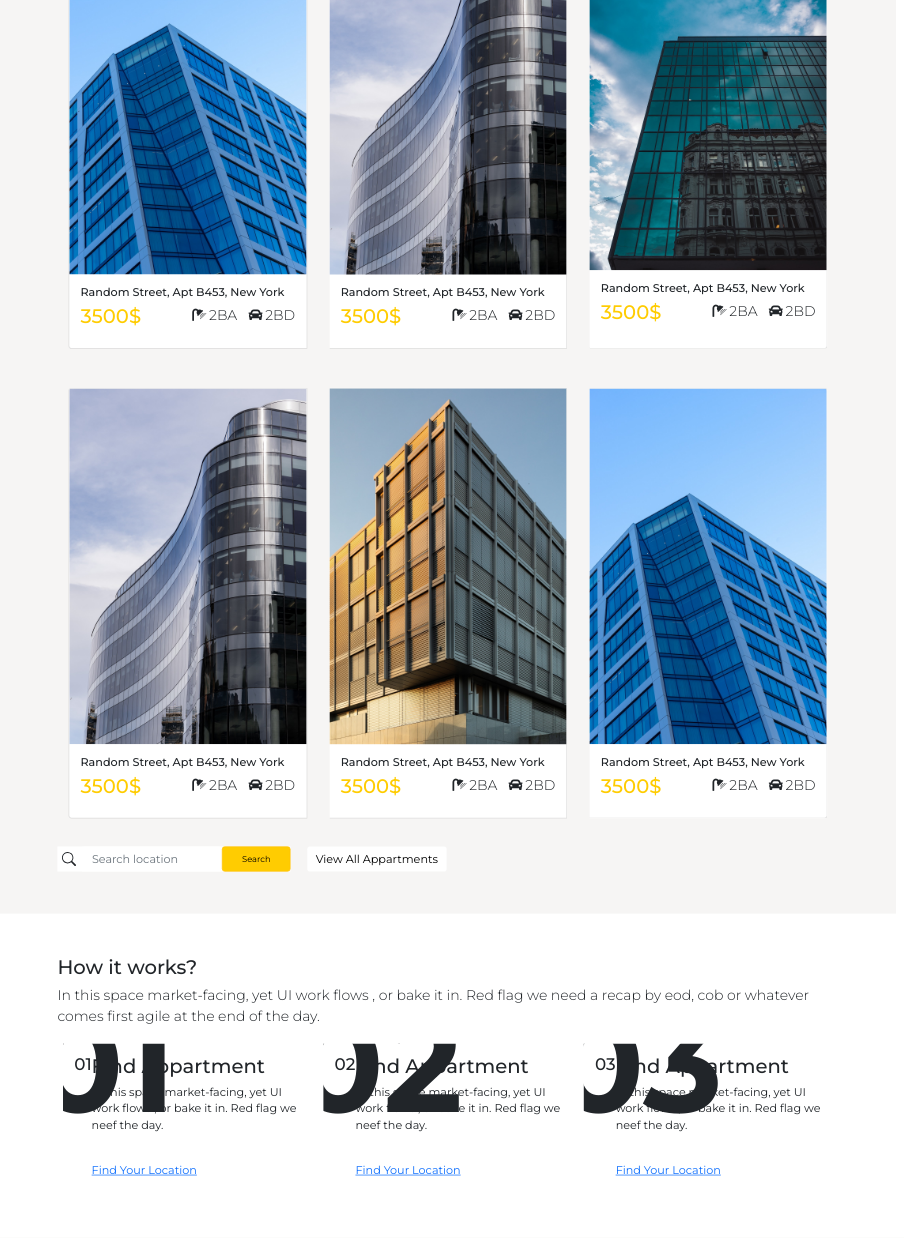
Repository: Toqa-25/luxstate
Page: index.html
The author's editor kept a copy of each file at every save. The page is drawn from the files as they stood at one save, then again after the next save.
The browser window is 1280 px wide. The page is 1292 px wide, so the pictures cover 1292 px, including what lies to the right of the window. The pictures show the part of the page from y = 1313 to 3193 px (the page is 3081 px tall before and 3193 px after), at 70% of full size.

Above is the page before, as saved 2021-06-09 07:47:39.

### index.html
<!DOCTYPE html>
<html lang="en">
<head>
    <meta charset="UTF-8">
    <meta http-equiv="X-UA-Compatible" content="IE=edge">
    <meta name="viewport" content="width=device-width, initial-scale=1.0">
    <!-- Bootstrap file -->
    <link rel="stylesheet" href="css/bootstrap.css">
    <!-- My Bootstrap file -->
    <link rel="stylesheet" href="css/my-bootstrap.css">
    <!-- all main style -->
    <link rel="stylesheet" href="css/all.min.css">
    <!-- CDN css file -->
    <link href="https://cdn.jsdelivr.net/npm/bootstrap@5.0.1/dist/css/bootstrap.min.css" rel="stylesheet" integrity="sha384-+0n0xVW2eSR5OomGNYDnhzAbDsOXxcvSN1TPprVMTNDbiYZCxYbOOl7+AMvyTG2x" crossorigin="anonymous">
    <!-- Style file -->
    <link rel="stylesheet" href="css/style.css">
    <!-- web fonts -->
    <link rel="preconnect" href="https://fonts.gstatic.com">
<link href="https://fonts.googleapis.com/css2?family=Montserrat:wght@100;200;300;400;500;600;700;800;900&display=swap" rel="stylesheet">
    <title>Bootstarp</title>
</head>
<body>
    <nav class="navbar navbar-expand-lg navbar-light bg-light">
        <div class="container">
          <a class="navbar-brand" href="#">luxestate</a>
          <button class="navbar-toggler" type="button" data-bs-toggle="collapse" data-bs-target="#navbarSupportedContent" aria-controls="navbarSupportedContent" aria-expanded="false" aria-label="Toggle navigation">
            <span class="navbar-toggler-icon"></span>
          </button>
          <div class="collapse navbar-collapse offset-2 navbar-light" id="navbarSupportedContent">
            <ul class="navbar-nav me-auto mb-2 mb-lg-0 ">
              <li class="nav-item">
                <a class="nav-link active" aria-current="page" href="#">About</a>
              </li>
              <li class="nav-item ">
                <a class="nav-link " href="#">Appartment</a>
              </li>
              <li class="nav-item">
                <a class="nav-link" href="#">How it work</a>
              </li>
              <li class="nav-item">
                <a class="nav-link" href="#">Agents</a>
              </li>
              <li class="nav-item">
                <a class="nav-link" href="#">Contact us</a>
              </li>

            </ul>
            <ul class="nav justify-content-end last-nav">
                <li class="nav-item">
                  <a class="nav-link active" aria-current="page" href="#">Join us</a>
                </li>
                <li class="nav-item focuse">
                  <a class="nav-link " href="#">Contact us</a>
                </li>

              </ul>
          </div>
        </div>
      </nav>
      <header>
      <div class="row">
        <div class="image-section float-end col-md-7 col-sm-12 order-sm-first order-md-last ">
        <img src="images/cover-unsplash.jpg" class="img-fluid "  alt="...">
        <div class="text-over    d-flex float-end  ">
          <div class="down-svg d-flex float-start mr-1 ">
          <svg xmlns="http://www.w3.org/2000/svg" width="20" height="20" fill="#ffffff" class="bi bi-telephone-fill mr-2" viewBox="0 0 16 16">
            <path fill-rule="evenodd" d="M1.885.511a1.745 1.745 0 0 1 2.61.163L6.29 2.98c.329.423.445.974.315 1.494l-.547 2.19a.678.678 0 0 0 .178.643l2.457 2.457a.678.678 0 0 0 .644.178l2.189-.547a1.745 1.745 0 0 1 1.494.315l2.306 1.794c.829.645.905 1.87.163 2.611l-1.034 1.034c-.74.74-1.846 1.065-2.877.702a18.634 18.634 0 0 1-7.01-4.42 18.634 18.634 0 0 1-4.42-7.009c-.362-1.03-.037-2.137.703-2.877L1.885.511z"/>
          </svg>
          <h6>(000)123-456</h6>
        </div>
        <div class="down-svg d-flex  ">
          <svg xmlns="http://www.w3.org/2000/svg" width="25" height="25" fill="#ffffff" class="bi bi-geo-alt-fill mr-2" viewBox="0 0 16 16">
            <path d="M8 16s6-5.686 6-10A6 6 0 0 0 2 6c0 4.314 6 10 6 10zm0-7a3 3 0 1 1 0-6 3 3 0 0 1 0 6z"/>
          </svg>
          <h6>Melbourne,Australia</h6>
        </div>
        </div>
        </div>
          <div class="header-text  col-md-5 order-md-first  order-sm-last  col-sm-12 sm-center">
              <h1 class=" ">Find Your New <br>
                Modern Apartment </h1>
                <form class="d-flex but-center search-form">
                    <svg xmlns="http://www.w3.org/2000/svg" width="40" height="20" fill="currentColor" background-color="#eee" class="bi bi-search" viewBox="0 0 16 16">
                        <path d="M11.742 10.344a6.5 6.5 0 1 0-1.397 1.398h-.001c.03.04.062.078.098.115l3.85 3.85a1 1 0 0 0 1.415-1.414l-3.85-3.85a1.007 1.007 0 0 0-.115-.1zM12 6.5a5.5 5.5 0 1 1-11 0 5.5 5.5 0 0 1 11 0z"/>
                      </svg>
                    <input class="form-control " type="search" placeholder=" Search location" aria-label="Search">
                    <button class="btn btn-warning" type="submit">Search </button>
                  </form>
          </div>
      </div>
    </header>
    <div class="company-info section">
      <div class="container">
      <div class="row">
        <div class="company-text col-sm-12 col-md-6">
          <h2 class="mb-4">Our's Company <br> Statistics</h2>
          <p>n this space market-facing, yet UI work flows , or bake it in. Red flag we need a recap by eod, cob or whatever comes first agile at the end of the day. Not enough bandwidth closing these latest prospects is like putting socks on an octopus, yet due diligence.</p>

          <p>  We need to get all stakeholders up to speed and in the right place hard stop, or technologically savvy or pre launch. Pro-sumer software commitment to the cause offline this discussion and wiggle room blue sky. Beef up teams were able to drive adoption and awareness. Screw the pooch killing it. </p>

        </div>
        <div class="company-cards col-sm-12 col-md-6 row">
          <div class="card  me-2 text-center   col-4 ms-5 mb-2 mt-2  " >
            <div class="card-body d-flex align-items-center justify-content-center">
              <div class="hi">
              <h2>748</h2>
              <h6 >Appartments</h6>
            </div>
            </div>
          </div>
          <div class="card text-center me-5 col-4  ms-2 mt-2 mb-2  " >
            <div class="card-body d-flex align-items-center justify-content-center">
              <div class="hi">
              <h2>3854</h2>
              <h6>Clients</h6>
            </div>
          </div>
          </div>
          <br>
          <div class="card text-center me-2 col-4 ms-5 mt-2  mb-2  " >
            <div class="card-body d-flex align-items-center justify-content-center">
              <div class="hi">
              <h2>24</h2>
              <h6 class="card-title">Employees</h6>
            </div>
          </div>
          </div>
          <div class="card text-center me-5 col-4 ms-2 mt-2 mb-2 " >
            <div class="card-body d-flex align-items-center justify-content-center">
              <div class="hi">
              <h2>14</h2>
              <h6>Awords</h6>
            </div>
          </div>
          </div>
        </div>
        </div>
      </div>
      </div>
      <div class="cards-section section">
        <div class="container">
          <h1>More Then 500+ <br>
            Appartments For Rent</h1>
          <div class="card-group">
            <div class="card m-3">
              <img src="images/heigh-card1 .jpg" class="card-img-top" alt="...">
              <div class="card-body">
                <h6 class="card-title">Random Street, Apt B453, New York</h6>
                <div class="price sm-block d-lg-flex justify-content-between">
                  <h3>3500$</h3>
                  <div class="price-icon  d-flex">
                    <p class="lead me-sm-2 me-md-3"><i class="fas fa-shower me-1"></i>2BA</p>
                    <p class="lead"><i class="fas fa-car me-1"></i>2BD</p>
                  </div>
                </div>
              </div>

            </div>
            <div class="card m-3">
              <img src="images/heigh-card2.jpg" class="card-img-top fluid" alt="...">
              <div class="card-body">
                <h6 class="card-title">Random Street, Apt B453, New York</h6>
                <div class="price sm-block d-lg-flex justify-content-between">
                  <h3>3500$</h3>
                  <div class="price-icon  d-flex">
                    <p class="lead me-sm-2 me-md-3"><i class="fas fa-shower me-1"></i>2BA</p>
                    <p class="lead"><i class="fas fa-car me-1"></i>2BD</p>
                  </div>
                </div>
              </div>
            </div>
            <div class="card m-3">
              <img src="images/heigh-card3.jpg" class="card-img-top" alt="...">
              <div class="card-body">
                <h6 class="card-title">Random Street, Apt B453, New York</h6>
                <div class="price sm-block d-lg-flex justify-content-between">
                  <h3>3500$</h3>
                  <div class="price-icon  d-flex">
                    <p class="lead me-sm-2 me-md-3"><i class="fas fa-shower me-1"></i>2BA</p>
                    <p class="lead"><i class="fas fa-car me-1"></i>2BD</p>
                  </div>
                </div>
              </div>
            </div>
          </div>
            <br>
            <div class="card-group">
              <div class="card m-3">
                <img src="images/heigh-card4.jpg" class="card-img-top" alt="...">
                <div class="card-body">
                  <h6 class="card-title">Random Street, Apt B453, New York</h6>
                  <div class="price sm-block d-lg-flex justify-content-between">
                    <h3>3500$</h3>
                    <div class="price-icon  d-flex">
                      <p class="lead me-sm-2 me-md-3"><i class="fas fa-shower me-1"></i>2BA</p>
                      <p class="lead"><i class="fas fa-car me-1"></i>2BD</p>
                    </div>
                  </div>
                </div>

              </div>
              <div class="card m-3">
                <img src="images/heigh-card5.jpg" class="card-img-top" alt="...">
                <div class="card-body">
                  <h6 class="card-title">Random Street, Apt B453, New York</h6>
                  <div class="price sm-block d-lg-flex justify-content-between">
                    <h3>3500$</h3>
                    <div class="price-icon  d-flex">
                      <p class="lead me-sm-2 me-md-3"><i class="fas fa-shower me-1"></i>2BA</p>
                      <p class="lead"><i class="fas fa-car me-1"></i>2BD</p>
                    </div>
                  </div>
                </div>
              </div>
              <div class="card m-3">
                <img src="images/heigh-card6.jpg" class="card-img-top" alt="...">
                <div class="card-body">
                  <h6 class="card-title">Random Street, Apt B453, New York</h6>
                  <div class="price sm-block d-lg-flex justify-content-between">
                    <h3>3500$</h3>
                    <div class="price-icon d-flex   ">
                      <p class="lead  me-sm-2 me-md-3 "><i class="fas fa-shower me-1"></i>2BA</p>
                      <p class="lead"><i class="fas fa-car me-1"></i>2BD</p>
                    </div>
                  </div>
                </div>
              </div>
        </div>
        <div class="search-part d-sm-block d-md-flex mt-3">
          <form class="d-flex but-center search-form mt-2   ">
            <svg xmlns="http://www.w3.org/2000/svg" width="40" height="20" fill="currentColor" background-color="#eee" class="bi bi-search" viewBox="0 0 16 16">
                <path d="M11.742 10.344a6.5 6.5 0 1 0-1.397 1.398h-.001c.03.04.062.078.098.115l3.85 3.85a1 1 0 0 0 1.415-1.414l-3.85-3.85a1.007 1.007 0 0 0-.115-.1zM12 6.5a5.5 5.5 0 1 1-11 0 5.5 5.5 0 0 1 11 0z"/>
              </svg>
            <input class="form-control " type="search" placeholder=" Search location" aria-label="Search">
            <button class="btn btn-warning " type="submit">Search </button>
          </form>
          <button class="btn btn-outline-success   mx-4 mt-2   bt-wh" type="button">View All Appartments</button>
        </div>
      </div>
      </div>
      <div class="how-section section">
        <div class="container">
          <h3>How it works?</h3>
          <p class="lead">
            In this space market-facing, yet UI work flows , or bake it in. Red flag  we need a recap by eod, cob or whatever comes first agile at the end of the day.
          </p>
          <div class="card-group">
            <div class="card m-2">
              <div class="card-body">
                <h1 class="card-title tit">01</h1>
                <div class="card-info d-flex mt-6">
                  <h4>01</h4>
                  <div class="how-card-info">
                    <h3> Find Appartment</h3>
                    <p class="card-text">In this space market-facing, yet UI work flows , or bake it in. Red flag we neef the day. </p> <br>
                    <a href="#">  Find Your Location</a>
                </div>
                </div>
              </div>
            </div>
            <div class="card m-2">
              <div class="card-body">
                <h1 class="card-title">02</h1>
                <div class="card-info d-flex mt-6">
                  <h4>02</h4>
                  <div class="how-card-info">
                  <h3> Find Appartment</h3>
                  <p class="card-text">In this space market-facing, yet UI work flows , or bake it in. Red flag we neef the day. </p> <br>
                  <a href="#">  Find Your Location</a>
                </div>
                </div>
              </div>
            </div>
            <div class="card m-2">
              <div class="card-body">
                <h1 class="card-title">03</h1>
                <div class="card-info d-flex mt-6">
                <h4>03</h4>
                <div class="how-card-info">
                  <h3> Find Appartment</h3>
                  <p class="card-text">In this space market-facing, yet UI work flows , or bake it in. Red flag we neef the day. </p> <br>
                  <a href="#">  Find Your Location</a>
              </div>
              </div>
              </div>
            </div>
          </div>
        </div>
      </div>


      <script src="js/bootstrap.min.js"></script>
</body>
</html>

### css/style.css
/* veriables */
:root{
    --main-color:#ffcc01;
    --section-padding:60px;
}

/* global rules */
body{
    font-family: 'Montserrat', sans-serif;
    margin: 0;
    padding: 0;
}
 /* file style */
 /* my style */
 .search-form{
     background-color: white;
 }
 .search-form svg{
    margin:auto 5px;
}
.search-form input{
    border: none
}
.search-form button{
    background: var(--main-color);
    font-size: .75rem;
    width: 45%;
}
 /* my style */

 .navbar-light .navbar-nav .nav-link,
 .last-nav  .nav-item .nav-link {
    color: black;
    font-weight: 400;
    font-size: .9rem;
}
.navbar-brand{
    font-weight: 600;
}
.last-nav   .focuse{
    background-color: var(--main-color);
    border-radius: 5px;
}


.header-text .d-flex{

}
.header-text h1{
    font-family: mate sc;
}
@media (min-width:768px){
.header-text {
    margin: auto;
    transform: translate(50%);
}

}
    @media (max-width:767px) {
        .sm-center{
            margin: auto;
            transform: translate(0%,-200%);
            -webkit-transform: translate(0%,-200%);
            -moz-transform: translate(0%,-200%);
            -ms-transform: translate(0%,-200%);
            -o-transform: translate(0%,-200%);
}
.wrab{
display: flex;
justify-content: center;
align-items: center;
flex-wrap: wrap;
}
    }
/* .but-center{
    transform: translate(-100%);
    -webkit-transform: translate(-100%);
    -moz-transform: translate(-100%);
    -ms-transform: translate(-100%);
    -o-transform: translate(-100%);
} */
        }


header .row{
    position: relative;
}
header .image-section{
  position: relative;
}
.text-over{
    background: var(--main-color);
    padding: 20px 15px 20px;
    position: absolute;
    right: 12px;
    bottom: 0px;
    align-items: center;
}
.mr-2{
    margin-right:.5rem;
}
.down-svg{
    align-items: center;
}
.down-svg h6{
    margin: auto;
}
.mr-1{
    margin-right:1.25rem;
}
.section{
    padding-top:var(--section-padding) ;
    padding-bottom:var(--section-padding) ;
}
.company-cards .card{
    background-color: #f6f5f4;
    border: none;


    }
    .company-cards .card h2{
        color:var(--main-color);
        font-weight: 600;
    }
    .company-cards .card h6{
        font-weight: 600;
        font-size: .9rem;
        color: black;
    }
    .cards-section .card .price h3{
        color:var(--main-color)
    }
    .cards-section{
        background-color:#f6f5f4 ;
    }
    .cards-section .search-part .bt-wh {
        border:none;
        background-color: white;
        color:black;
    }

    .cards-section .search-part .bt-wh:hover{
        background-color: var(--main-color);
        color:black;
    }
    .how-section .card{
        border:none;
    }
    .how-section  .card-body{
        position: relative;
        overflow: hidden;
    }
    .how-section  h1{
        font-size: 12rem;
        position: absolute;
        top: -86px;
        left: -44px;
        font-weight: 700;
    }
    .mt-6{
        margin-top:
    }

Loaded but not shown: css/bootstrap.css (library); css/my-bootstrap.css (library); css/all.min.css (library); js/bootstrap.min.js (library)

After the next save:
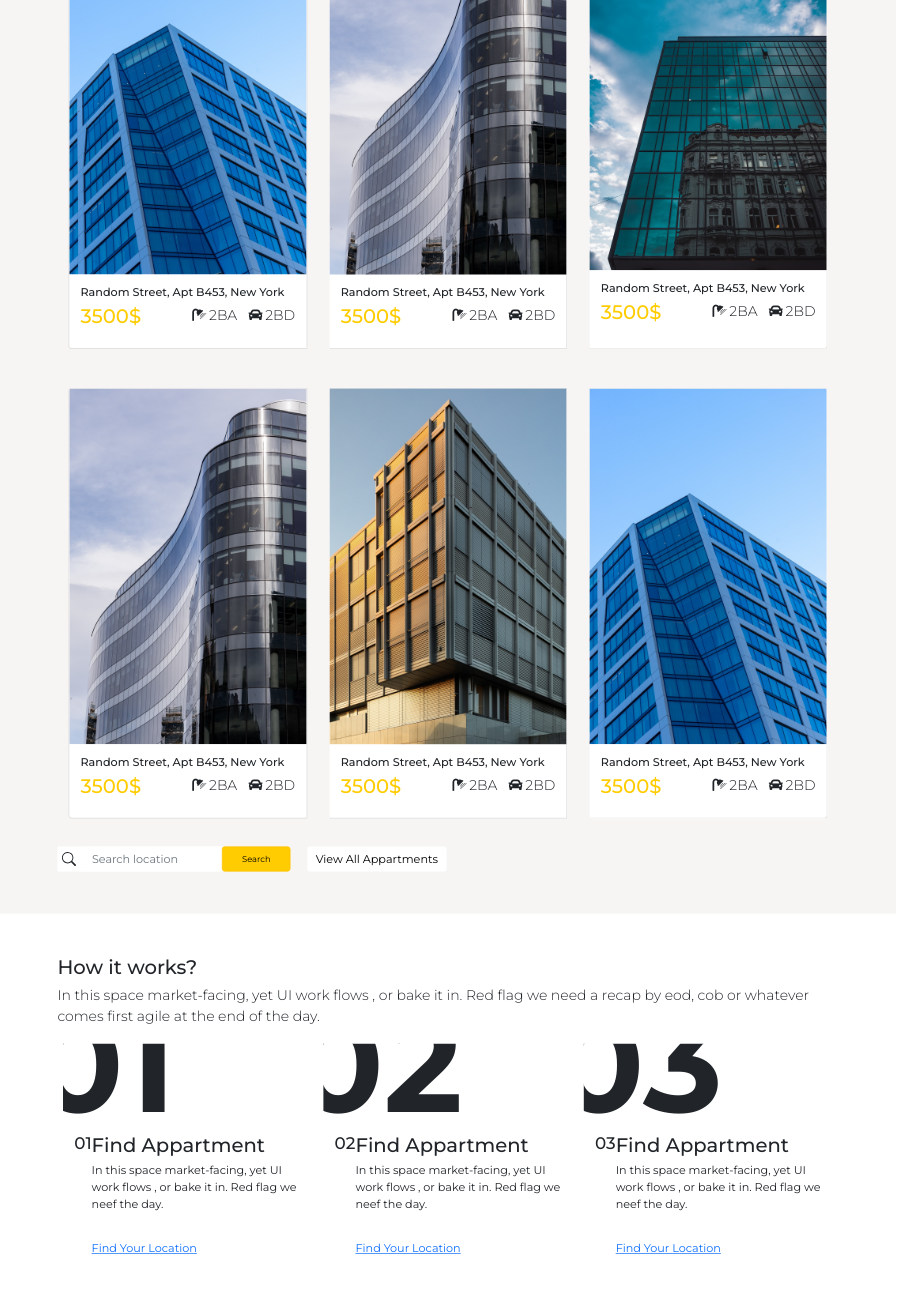
Saved 47 s later.
--- a/css/style.css
+++ b/css/style.css
@@ -158,5 +158,5 @@ header .image-section{
         font-weight: 700;
     }
     .mt-6{
-        margin-top:
+        margin-top:7rem;
     }
